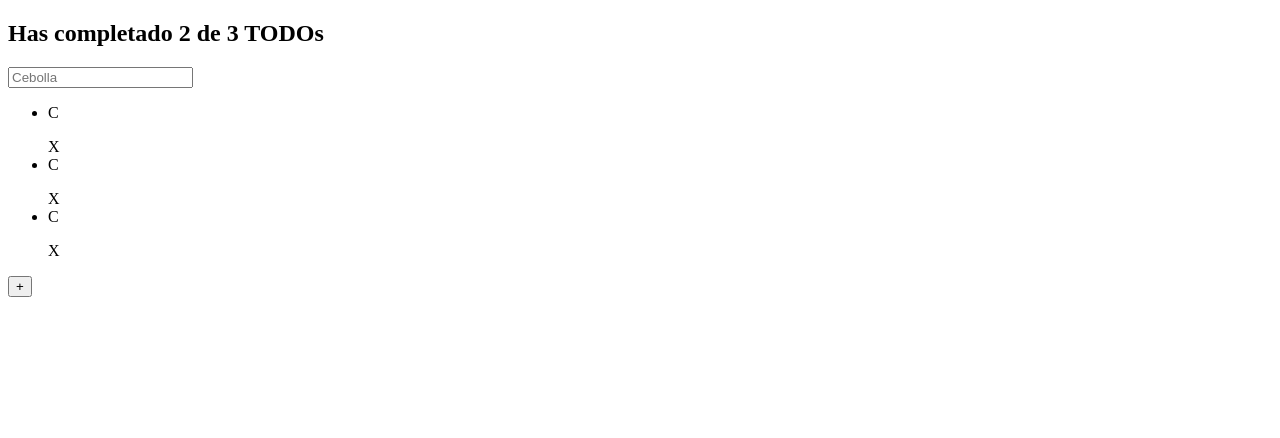
Repository: Pandrea-hub/TODOs
Page: /
The author's editor kept a copy of each file at every save. The page is drawn from the files as they stood at one save, then again after the next save.
The browser window is 1280 px wide. The pictures show the whole page.
The project was rebuilt for these pictures with package versions that can differ from the ones it lists, and the page was loaded fresh each time.

Above is the page before, as saved 2022-06-05 12:31:42.

After the next save:
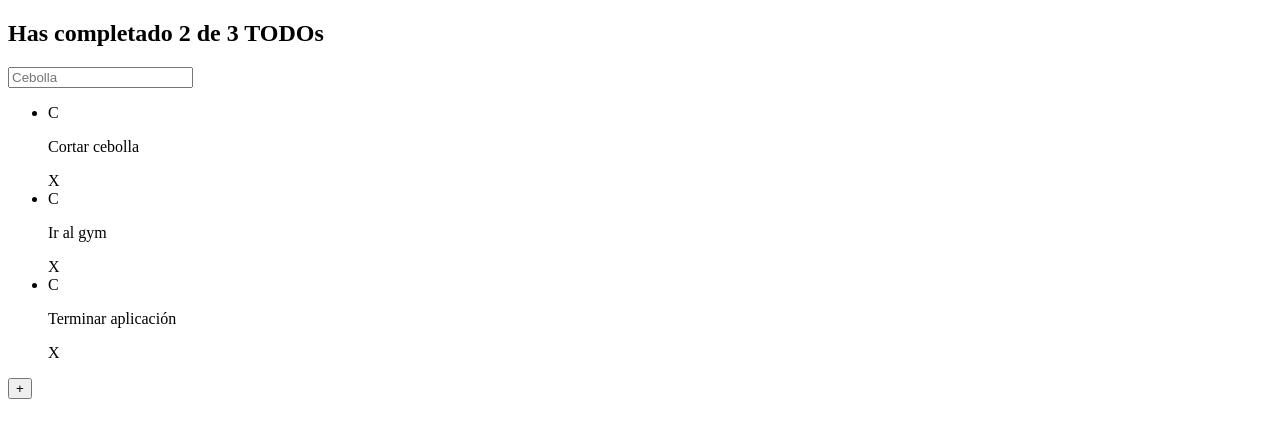
Saved 2 min 37 s later.
--- a/src/App.js
+++ b/src/App.js
@@ -19,7 +19,7 @@ function App() {
 
       <TodoList>
         {todos.map(todo =>(
-          <TodoItem />
+          <TodoItem text={todo.text}/>
         ))}
       </TodoList>
       <CreateTodoButton />
